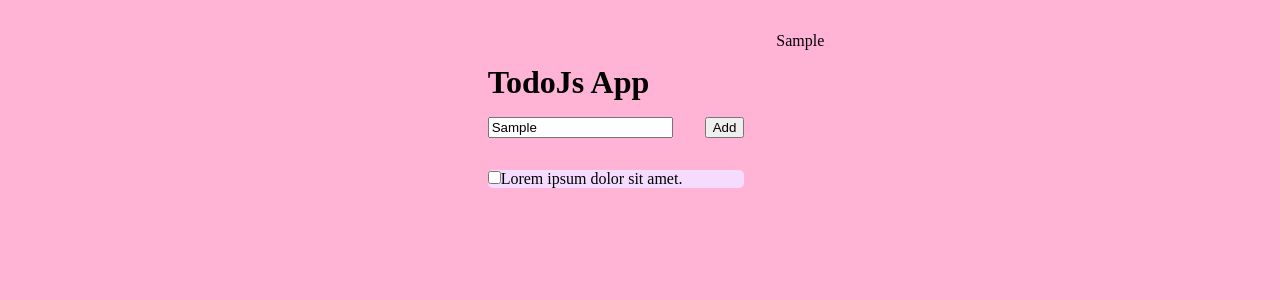
Repository: AlexandraYuhno/todo
Page: index.html
An editor plug-in stored every save of this project. The page is shown before and after the next save, followed by the edit.
The browser window is 1280 px wide. The pictures show the whole page.
Empty fields were first filled with sample values (such as "Sample", 5 or name@example.com).
After loading, the first visible `#btnAdd` was clicked once.

Above is the page before, as saved 2024-06-17 12:46:14.

After the next save:
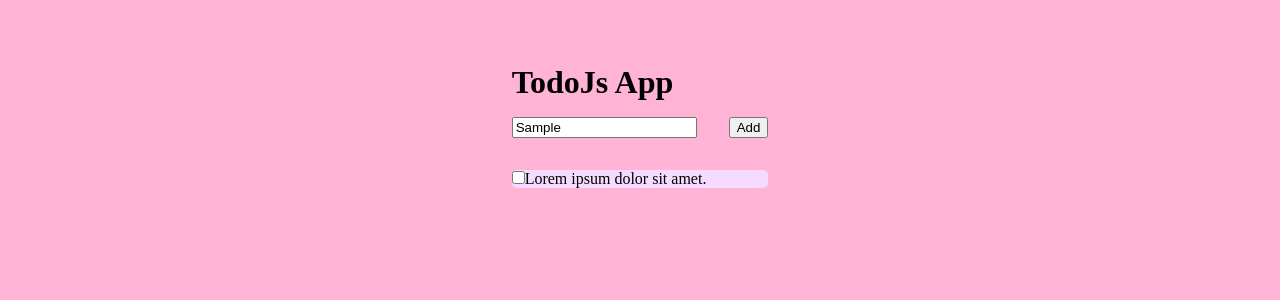
Console error: TypeError: Cannot read properties of undefined (reading 'appendChild')
Saved 5 min 34 s later.
--- a/script.js
+++ b/script.js
@@ -9,7 +9,7 @@
 function addTask(){
     const newTask = document.createElement("div")
     newTask.innerHTML = newInput.value;
-    document.body.appendChild(newTask);
+    document.task.appendChild(newTask);
 }
 
 btnAdd.addEventListener("click", addTask)

After the save that followed:
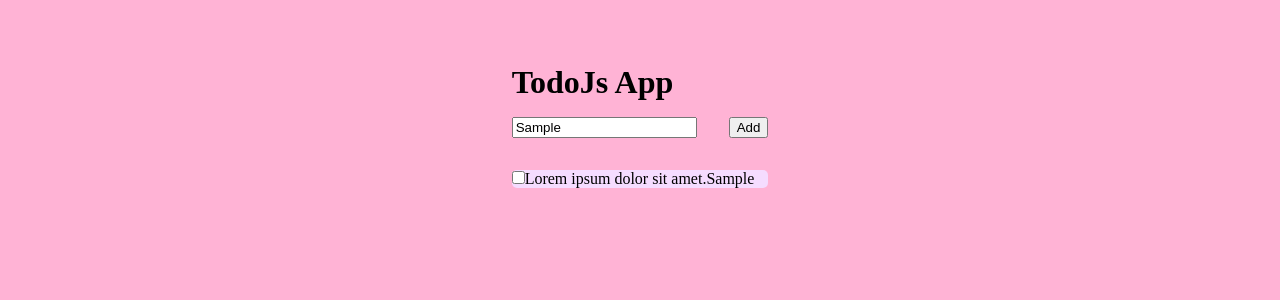
The error is gone.
Saved 25 s later.
--- a/script.js
+++ b/script.js
@@ -9,7 +9,7 @@
 function addTask(){
     const newTask = document.createElement("div")
     newTask.innerHTML = newInput.value;
-    document.task.appendChild(newTask);
+    task.appendChild(newTask);
 }
 
 btnAdd.addEventListener("click", addTask)
